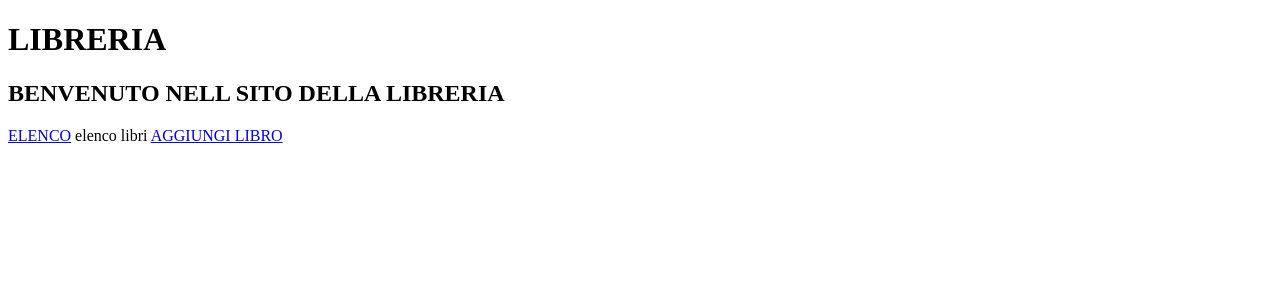
Repository: foferys/DynamicWebProject_DAOLibri_Mappe
Page: DynamicWebProject_DAOLibri_Mappe/WebContent/viste/home.html
The author's editor kept a copy of each file at every save. The page is drawn from the files as they stood at one save, then again after the next save.
The browser window is 1280 px wide. The pictures show the whole page.

Above is the page before, as saved 2024-06-24 15:16:31.

### DynamicWebProject_DAOLibri_Mappe/WebContent/viste/home.html
<!--	Questo è un commento in HTML
		HTML è un linguaggio di markup che serve a definire la struttura di una pagina web.
		Inizialmente stile e logica erano accorpati all'interno dell'HTML ma oggi vengono divisi
		in CSS (Cascade Style Sheet) e ad esempio JS (Javascript).
		L'unico vero linguaggio di programmazione è JS mentre HTML e CSS definiscono l'apparenza.

		All'interno dell'HTML ci sono dei tag ovvero dei contenitori che definiscono elementi:
		body, head, html stesso.
		I tag servono al browser per interpretare gli elementi a seconda dello stile che riportano.
		Un <h1> ad esempio indica un main-title. Un <h2> un subtitle e via dicendo.
		Tutti i browser conoscono l'html ma non tutti lo interpretano allo stesso modo (es: button).

		Le pagine HTML hanno una struttura ad albero.
		Partono da un tag radice (root) che è appunto html e si ramificano con head, body e via dicendo.
		Ovviamente esiste una parentela tra i vari tag.
		HTML è il contenitore degli altri elementi.
		Head e Body sono figli di HTML e fratelli tra loro.
		Title è figlio di head che è figlio di html. Pertanto title è nipote di html e di body.
		Questo aspetto diventa importante quando si parla di navigazione del DOM dove per dom si intende
		l'intero DOcuMent ovvero la pagina web.
 -->
<!DOCTYPE html>
<html>
	<head>
		<!--	meta indica un metadato. In questo caso la codifica caratteri della pagina. UTF-8 è
				la codifica occidentale.
				Title indica il titolo della pagina che vedremo comparire nella "label" sulla barra
				di navigazione del browser.
				Tutte le informazioni inserite in head non vengono stampate ma sono utili ai motori di
				ricerca per l'indicizzazione.
		 -->
		<meta charset="UTF-8">
		<title>Home</title>
	</head>
	<body>
		<!--	Quello che troviamo nel body invece viene stampato a video. -->
		<h1>LIBRERIA</h1>
		<h2>BENVENUTO NELL SITO DELLA LIBRERIA</h2>
		<!-- 	Il tag "a" indica un collegamento ipertestuale (link). L'attributo "href" indica
				la pagina alla quale ci si vuole collegare attraverso il (click del) link.
				Un altro attributo potrebbe essere BLANK che indica il collegamento in una nuova scheda.
				Di default il link collega sulla stessa scheda di navigazione (non apre una nuova finestra
				del browser).
		 -->
		<a href="http://localhost:8080/DynamicWebProject_DAOLibri_Mappe/Index?comando=elencolibri">ELENCO</a>
		<a href"elencolibri.html">elenco libri</a>
		<a href="http://localhost:8080/DynamicWebProject_DAOLibri_Mappe/Index?comando=formnuovolibro">AGGIUNGI LIBRO</a>
		<br>
	</body>
</html>

After the next save:
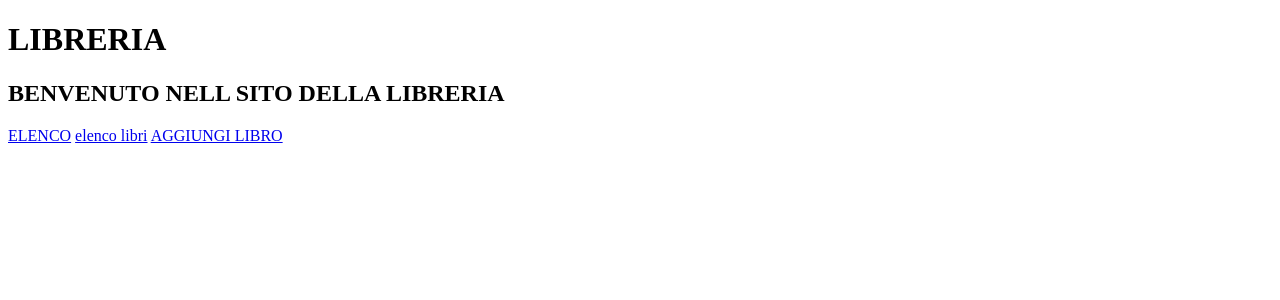
Saved 38 s later.
--- a/DynamicWebProject_DAOLibri_Mappe/WebContent/viste/home.html
+++ b/DynamicWebProject_DAOLibri_Mappe/WebContent/viste/home.html
@@ -43,7 +43,7 @@
 				del browser).
 		 -->
 		<a href="http://localhost:8080/DynamicWebProject_DAOLibri_Mappe/Index?comando=elencolibri">ELENCO</a>
-		<a href"elencolibri.html">elenco libri</a>
+		<a href="http://localhost:8080/DynamicWebProject_DAOLibri_Mappe/Index?comando=home">elenco libri</a>
 		<a href="http://localhost:8080/DynamicWebProject_DAOLibri_Mappe/Index?comando=formnuovolibro">AGGIUNGI LIBRO</a>
 		<br>
 	</body>
